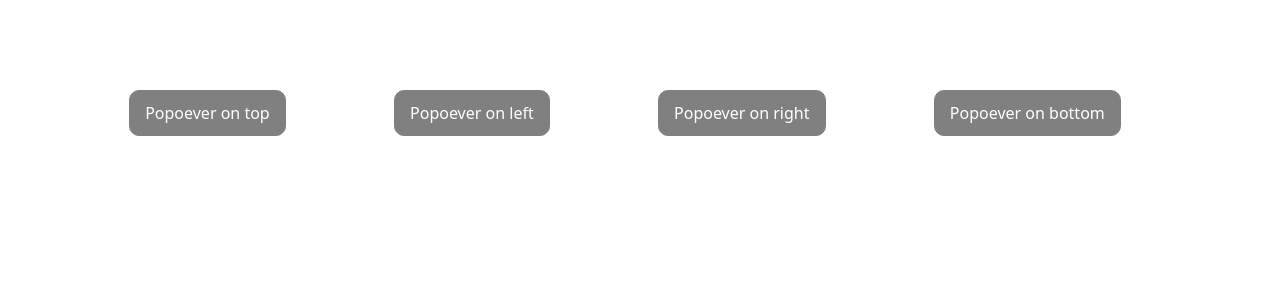
Repository: 1509Long/1509long.github.io
Page: exam.html
The author's editor kept a copy of each file at every save. The page is drawn from the files as they stood at one save, then again after the next save.
The browser window is 1280 px wide. The pictures show the whole page.

Above is the page before, as saved 2022-05-24 21:15:15.

After the next save:
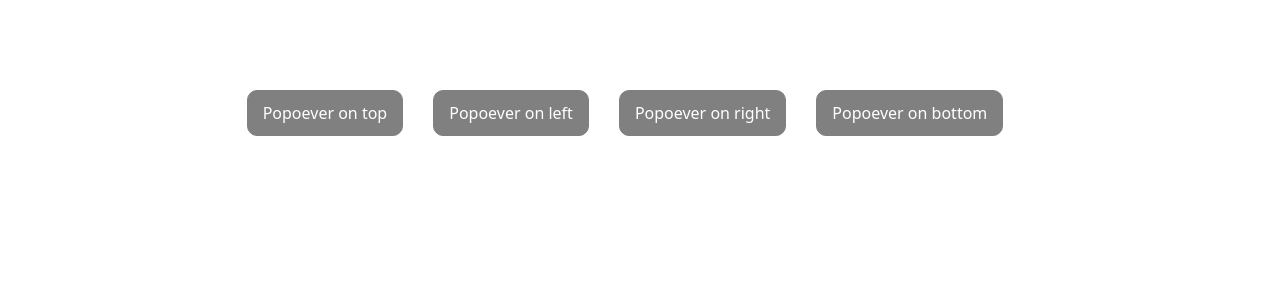
Saved 81 s later.
--- a/exam.html
+++ b/exam.html
@@ -84,7 +84,7 @@
     </style>
   </head>
   <body>
-      <div class="d-flex justify-content-around">
+      <div class="d-flex justify-content-center">
         <div class="box1">
           <button id="button" onclick="boxA()">Popoever on top</button>
           <div class="toggle-top  box boxA" id="top">Top popoever</div>
